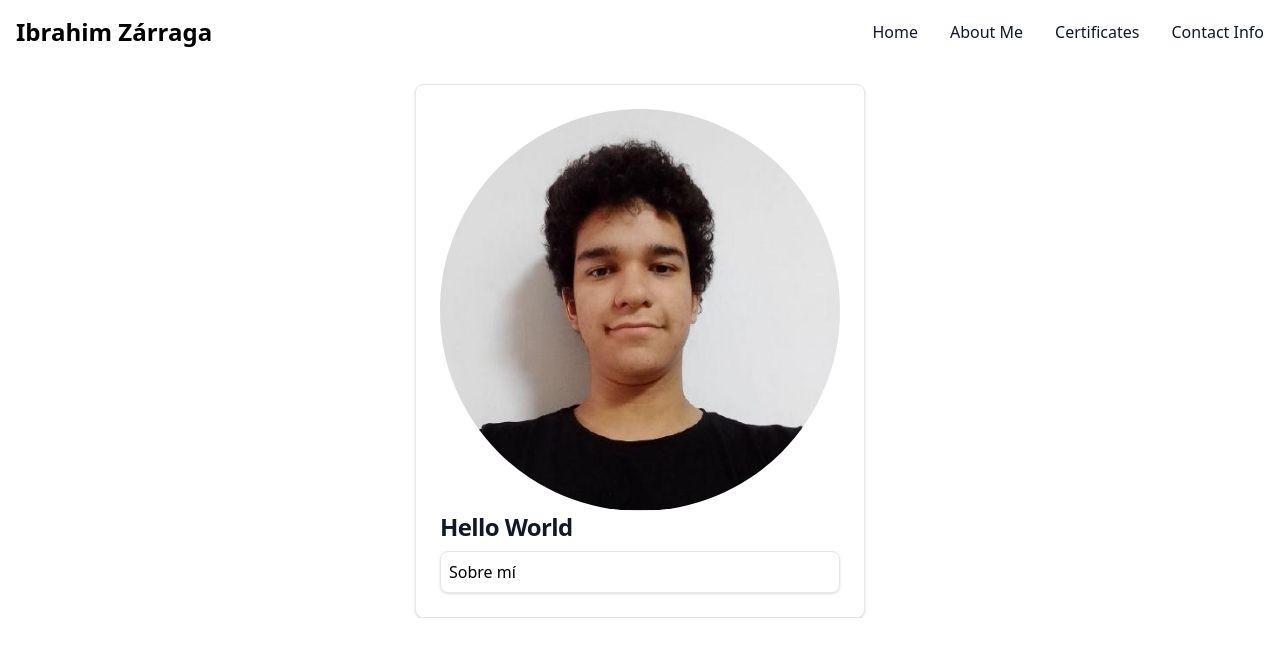
Repository: JetPi/Presentatio-Project
Page: /
These files come from the project's save history. The page is drawn as it stood at one moment and after the next save; the edit follows.
The browser window is 1280 px wide. The pictures show the whole page.
The project was rebuilt for these pictures with package versions that can differ from the ones it lists, and the page was loaded fresh each time. The framework's server and built-in components were replaced by stand-ins that run in the browser. Also part of the build but not shown: next.config.js.

Above is the page before, as saved 2023-03-30 17:00:06.

### src/pages/_app.tsx
import "@/styles/globals.css";
import type { AppProps } from "next/app";
import { NavBar } from "@/components/NavBar";

const navList = [
  { text: "Home", href: "/" },
  { text: "About Me", href: "/about/me" },
  { text: "Certificates", href: "/about/certificates" },
  { text: "Contact Info", href: "/about/socials" },
];

export default function App({ Component, pageProps }: AppProps) {
  return (
    <>
      <NavBar navList={navList} />
      <Component {...pageProps} />
    </>
  );
}

### src/pages/index.tsx
import Head from "next/head";
import Image from "next/image";
import { Inter } from "next/font/google";
import styles from "@/styles/Home.module.css";
import { Card, CardButton } from "@/components/Card";
import { CardTitle } from "@/components/Card";

const inter = Inter({ subsets: ["latin"] });

export default function Home() {
  return (
    <>
      <div className="flex pt-5 justify-center">
        <Card styling="flex flex-col justify-center">
          <Image
            className="rounded-full"
            src={"/Foto de Presentación.png"}
            width={400}
            height={400}
            alt={"Profile Photo"}
          />
          <CardTitle>Hello World</CardTitle>
          <CardButton href="/about/me">Sobre mí</CardButton>
        </Card>
      </div>
    </>
  );
}

### src/styles/globals.css
@tailwind base;
@tailwind components;
@tailwind utilities;

:root {
  --max-width: 1100px;
  --border-radius: 12px;
  --font-mono: ui-monospace, Menlo, Monaco, "Cascadia Mono", "Segoe UI Mono",
    "Roboto Mono", "Oxygen Mono", "Ubuntu Monospace", "Source Code Pro",
    "Fira Mono", "Droid Sans Mono", "Courier New", monospace;

  --foreground-rgb: 0, 0, 0;
  --background-start-rgb: 214, 219, 220;
  --background-end-rgb: 255, 255, 255;

  --primary-glow: conic-gradient(
    from 180deg at 50% 50%,
    #16abff33 0deg,
    #0885ff33 55deg,
    #54d6ff33 120deg,
    #0071ff33 160deg,
    transparent 360deg
  );
  --secondary-glow: radial-gradient(
    rgba(255, 255, 255, 1),
    rgba(255, 255, 255, 0)
  );

  --tile-start-rgb: 239, 245, 249;
  --tile-end-rgb: 228, 232, 233;
  --tile-border: conic-gradient(
    #00000080,
    #00000040,
    #00000030,
    #00000020,
    #00000010,
    #00000010,
    #00000080
  );

  --callout-rgb: 238, 240, 241;
  --callout-border-rgb: 172, 175, 176;
  --card-rgb: 180, 185, 188;
  --card-border-rgb: 131, 134, 135;
}

@media (prefers-color-scheme: dark) {
  :root {
    --foreground-rgb: 255, 255, 255;
    --background-start-rgb: 0, 0, 0;
    --background-end-rgb: 0, 0, 0;

    --primary-glow: radial-gradient(rgba(1, 65, 255, 0.4), rgba(1, 65, 255, 0));
    --secondary-glow: linear-gradient(
      to bottom right,
      rgba(1, 65, 255, 0),
      rgba(1, 65, 255, 0),
      rgba(1, 65, 255, 0.3)
    );

    --tile-start-rgb: 2, 13, 46;
    --tile-end-rgb: 2, 5, 19;
    --tile-border: conic-gradient(
      #ffffff80,
      #ffffff40,
      #ffffff30,
      #ffffff20,
      #ffffff10,
      #ffffff10,
      #ffffff80
    );

    --callout-rgb: 20, 20, 20;
    --callout-border-rgb: 108, 108, 108;
    --card-rgb: 100, 100, 100;
    --card-border-rgb: 200, 200, 200;
  }
}

* {
  box-sizing: border-box;
  padding: 0;
  margin: 0;
}

html,
body {
  max-width: 100vw;
  overflow-x: hidden;
}

body {
  color: rgb(var(--foreground-rgb));
}

a {
  color: inherit;
  text-decoration: none;
}

@media (prefers-color-scheme: dark) {
  html {
    color-scheme: dark;
  }
}

### src/components/NavBar.tsx
import Image from "next/image";
import Link from "next/link";
import { ReactNode } from "react";
type NavData = {
  href: string;
  text: string;
};

interface Props {
  children?: ReactNode | string;
  href?: string;
  navList?: Array<NavData>;
}

function NavItem({ children, href }: Props) {
  return (
    <li>
      <Link
        href={{ pathname: href }}
        className="block py-2 pl-3 pr-4 text-gray-900 rounded hover:bg-gray-100 md:hover:bg-transparent md:border-0 md:hover:text-blue-700 md:p-0 dark:text-white md:dark:hover:text-blue-500 dark:hover:bg-gray-700 dark:hover:text-white md:dark:hover:bg-transparent"
      >
        {children}
      </Link>
    </li>
  );
}

export function NavBar({ navList }: Props) {
  return (
    <nav className="bg-white border-gray-200 dark:bg-gray-900">
      <div className="max-w-screen-xl flex flex-wrap items-center justify-between mx-auto p-4">
        <a href="https://flowbite.com/" className="flex items-center">
          <span className="self-center text-2xl font-semibold whitespace-nowrap dark:text-white">
            Ibrahim Zárraga
          </span>
        </a>
        <button
          data-collapse-toggle="navbar-default"
          type="button"
          className="inline-flex items-center p-2 ml-3 text-sm text-gray-500 rounded-lg md:hidden hover:bg-gray-100 focus:outline-none focus:ring-2 focus:ring-gray-200 dark:text-gray-400 dark:hover:bg-gray-700 dark:focus:ring-gray-600"
          aria-controls="navbar-default"
          aria-expanded="false"
        ></button>
        <div className="hidden w-full md:block md:w-auto" id="navbar-default">
          <ul className="font-medium flex flex-col p-4 md:p-0 mt-4 border border-gray-100 rounded-lg bg-gray-50 md:flex-row md:space-x-8 md:mt-0 md:border-0 md:bg-white dark:bg-gray-800 md:dark:bg-gray-900 dark:border-gray-700">
            {navList?.map((item) => {
              return (
                <NavItem href={item.href} key={Math.random()}>
                  {item.text}
                </NavItem>
              );
            })}
          </ul>
        </div>
      </div>
    </nav>
  );
}

### src/components/Card.tsx
import Link from "next/link";
import { ReactNode } from "react";
interface Props {
  children?: ReactNode;
  styling?: string;
  href?: string;
}

export function Card({ styling, children }: Props) {
  return (
    <div
      className={`${
        styling ? styling : "flex justify-stretch"
      } p-6 bg-white border border-gray-200 rounded-lg shadow hover:bg-gray-100 dark:bg-gray-800 dark:border-gray-700 dark:hover:bg-gray-700`}
    >
      {children}
      <p className="font-normal text-gray-700 dark:text-gray-400"></p>
    </div>
  );
}

export function CardButton({ href, styling, children }: Props) {
  return (
    <Link
      href={{ pathname: href }}
      className={`${
        styling ? styling : "w-50"
      } p-2 bg-white border border-gray-200 rounded-lg shadow hover:bg-gray-100 dark:bg-gray-800 dark:border-gray-700 dark:hover:bg-gray-700`}
    >
      {children}
    </Link>
  );
}

export function CardTitle({ children }: Props) {
  return (
    <h5 className="mb-2 text-2xl font-bold tracking-tight text-gray-900 dark:text-white">
      {children}
    </h5>
  );
}

Loaded but not shown: src/pages/_document.tsx (common file); tailwind.config.js (common file)

After the next save:
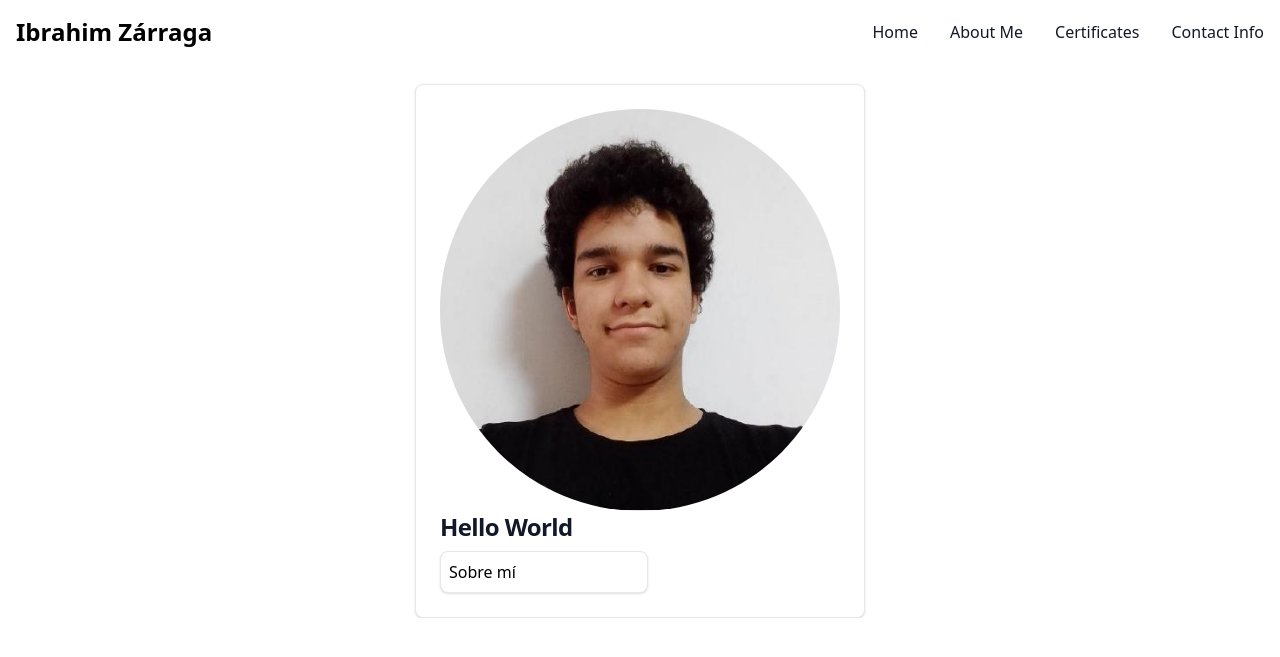
Saved 13 s later.
--- a/src/components/Card.tsx
+++ b/src/components/Card.tsx
@@ -24,7 +24,7 @@ export function CardButton({ href, styling, children }: Props) {
     <Link
       href={{ pathname: href }}
       className={`${
-        styling ? styling : "w-50"
+        styling ? styling : "w-52"
       } p-2 bg-white border border-gray-200 rounded-lg shadow hover:bg-gray-100 dark:bg-gray-800 dark:border-gray-700 dark:hover:bg-gray-700`}
     >
       {children}
